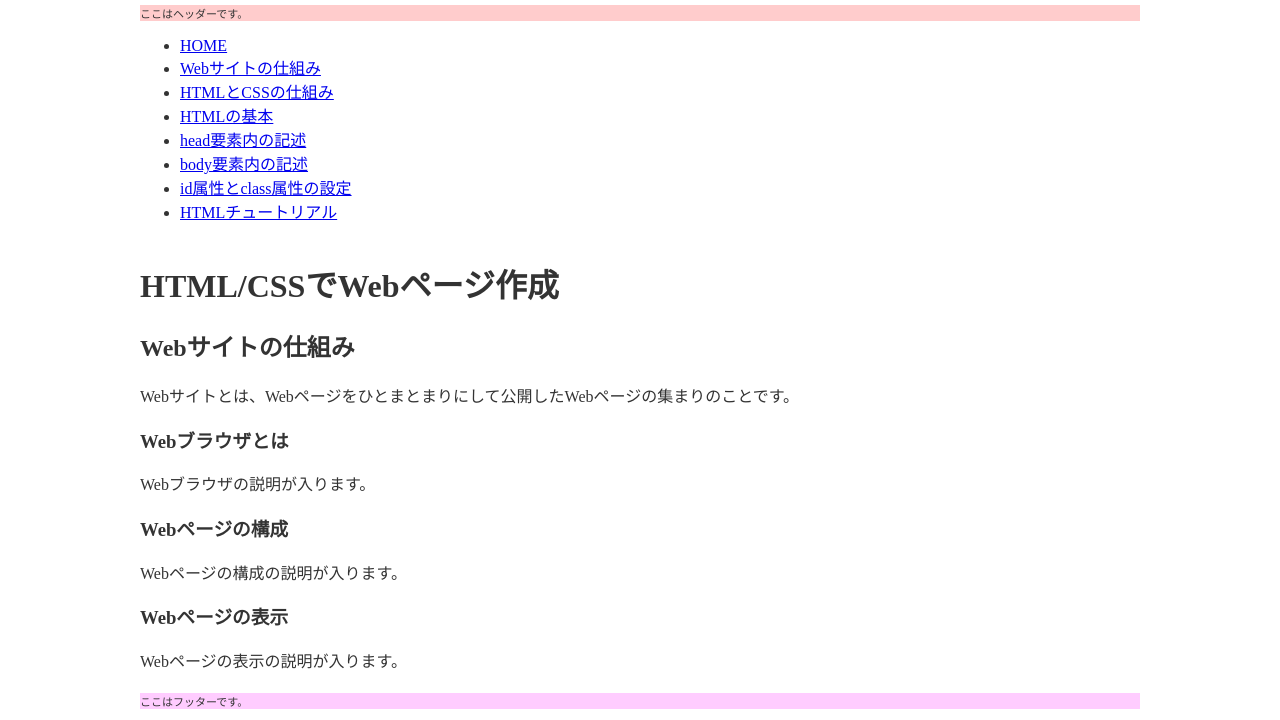
Repository: sugihiro1/test_laravel
Page: kadai_css/kadai_css.html
The author's editor kept a record of every edit. The page is drawn from the files as they stood at one moment, then again after the next edit.
The browser window is 1280 px wide. The pictures show the whole page.

Above is the page before.

### kadai_css/kadai_css.html
<!DOCTYPE html>
<html lang="ja">
    <head>
        <meta charset="utf-8">
        <title>HTML/CSSでWebページ作成</title>
        <link rel="stylesheet" href="kadai_css.css">
    </head>
    <body>
        <header>
            <p>ここはヘッダーです。</p>
        </header>

        <div id="wrapper" class="clearfix">
            <nav id="menu">
                <ul>
                    <li class="current"><a href="kadai_html.html">HOME</a></li>
                    <li><a href="website.html">Webサイトの仕組み</a></li>
                    <li><a href="htmlcss.html">HTMLとCSSの仕組み</a></li>
                    <li><a href="htmlbasic.html">HTMLの基本</a></li>
                    <li><a href="head.html">head要素内の記述</a></li>
                    <li><a href="body.html">body要素内の記述</a></li>
                    <li><a href="idclass.html">id属性とclass属性の設定</a></li>
                    <li><a href="tutorial.html">HTMLチュートリアル</a></li>
                </ul>
            </nav>
            <div id="main">
                <h1>HTML/CSSでWebページ作成</h1>
                <h2>Webサイトの仕組み</h2>
                    <p>Webサイトとは、Webページをひとまとまりにして公開したWebページの集まりのことです。</p>
                    <h3>Webブラウザとは</h3>
                        <p>Webブラウザの説明が入ります。</p>
                    <h3>Webページの構成</h3>
                        <p>Webページの構成の説明が入ります。</p>
                    <h3>Webページの表示</h3>
                        <p>Webページの表示の説明が入ります。</p>
            </div>
        </div>

        <footer>
            <p>ここはフッターです。</p>
        </footer>
    </body>
</html>

### kadai_css/kadai_css.css
@charset "UTF-8";


/* body全体のcss設定  */
body {
    margin: 0;
    padding: 0;
    color: #333;  /* 文字色を少しグレーにする */

}

/* header部分のcss設定 */
header {
    width: 1000px;
    margin: 0 auto;　/* マージン：四辺すべてに適用、中央揃え */
}

header p {
    margin: 5px 0 10px;  /* マージン：上 | 左右 | 下 | */
    background-color: #ffcccc;
    font-size: 11px;
}



#wrapper {
    width: 1000px;
    margin: 0 auto;
}

#menu {
    width: 300px;
    float: righ;  /* 右寄せ */
}

#main {
    width: 700px;
    float: left;  /* 左寄せ */
}

/*clearfix */
.clearfix::after {
    content: '';
    display: block;
    clear: both;
}

/* clearfix 別方式
#wrapper {
  overflow: hidden;
}
*/


/* footer部分のcss設定 */
footer {
    width: 1000px;
    margin: 0 auto;　/* マージン：四辺すべてに適用、中央揃え */
}

footer p {
    margin: 5px 0 10px;  /* マージン：上 | 左右 | 下 | */
    background-color: #ffccff;
    font-size: 11px;
}

After the next edit:
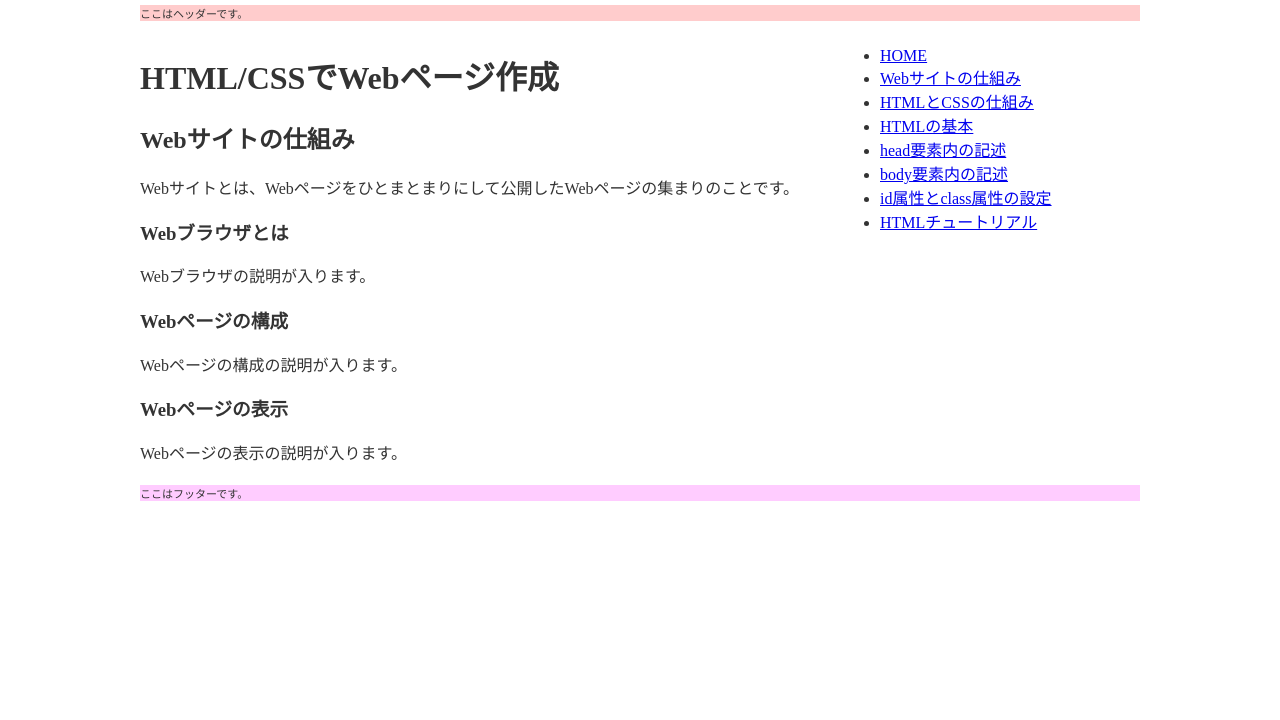
The edit:
--- a/kadai_css/kadai_css.css
+++ b/kadai_css/kadai_css.css
@@ -30,7 +30,7 @@
 
 #menu {
     width: 300px;
-    float: righ;  /* 右寄せ */
+    float: right;  /* 右寄せ */
 }
 
 #main {
